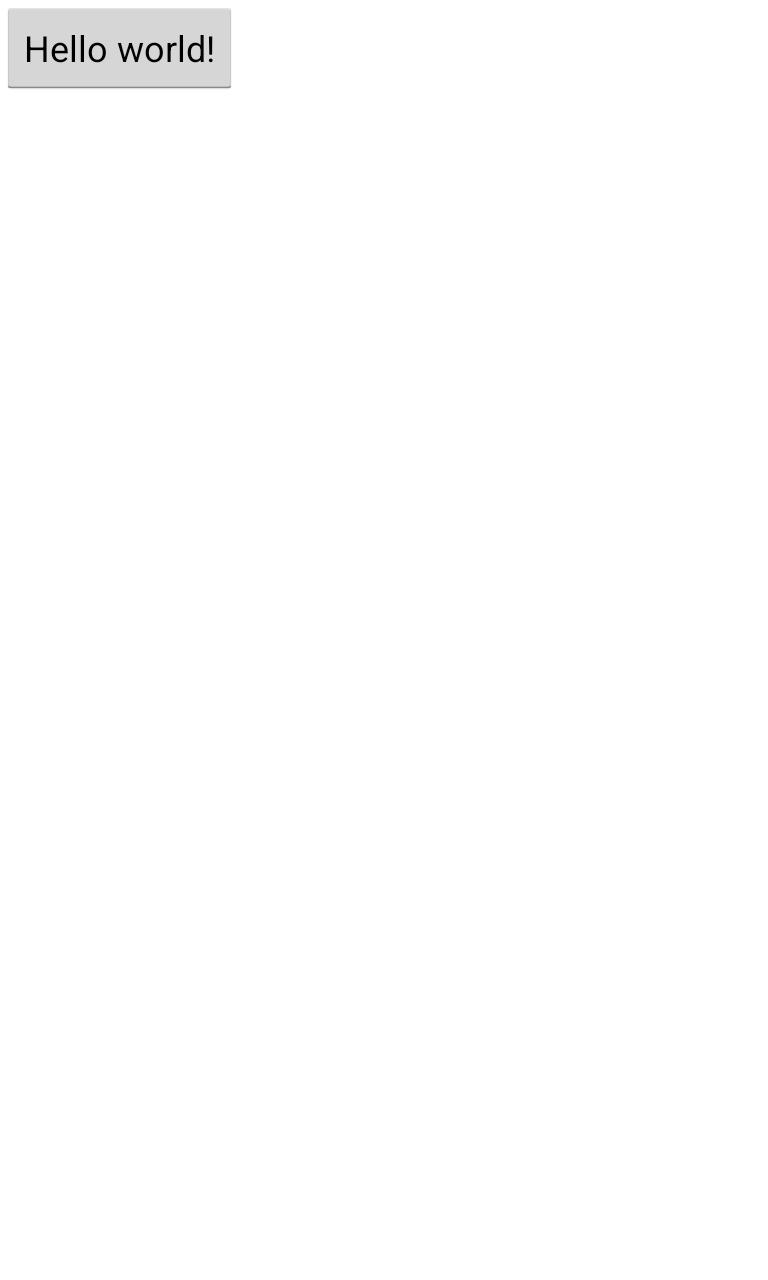
Repository: qq839924354/day01
Layout: day03/code/other/res/layout/activity_main.xml
The author's editor kept a copy of each file at every save. The layout is drawn from the files as they stood at one save, then again after the next save.
It is drawn on a 768 x 1280 px phone screen (xhdpi) without system bars, with theme AppTheme; the app's code is not run.

Above is the layout before, as saved 2013-03-03 07:19:16.

### day03/code/other/res/layout/activity_main.xml
<LinearLayout xmlns:android="http://schemas.android.com/apk/res/android"
    xmlns:tools="http://schemas.android.com/tools"
    android:layout_width="match_parent"
    android:layout_height="match_parent"
    tools:context=".MainActivity" >

    <Button
        android:layout_width="wrap_content"
        android:layout_height="wrap_content"
        android:layout_centerHorizontal="true"
        android:layout_centerVertical="true"
        android:text="@string/hello_world" />

</LinearLayout>

### day03/code/other/res/values/strings.xml
<?xml version="1.0" encoding="utf-8"?>
<resources>

    <string name="app_name">other</string>
    <string name="hello_world">Hello world!</string>
    <string name="menu_settings">Settings</string>

</resources>

Loaded but not shown: day03/code/other/res/values/styles.xml (common file); day03/code/other/res/values-v11/styles.xml (common file); day03/code/other/res/values-v14/styles.xml (common file)

After the next save:
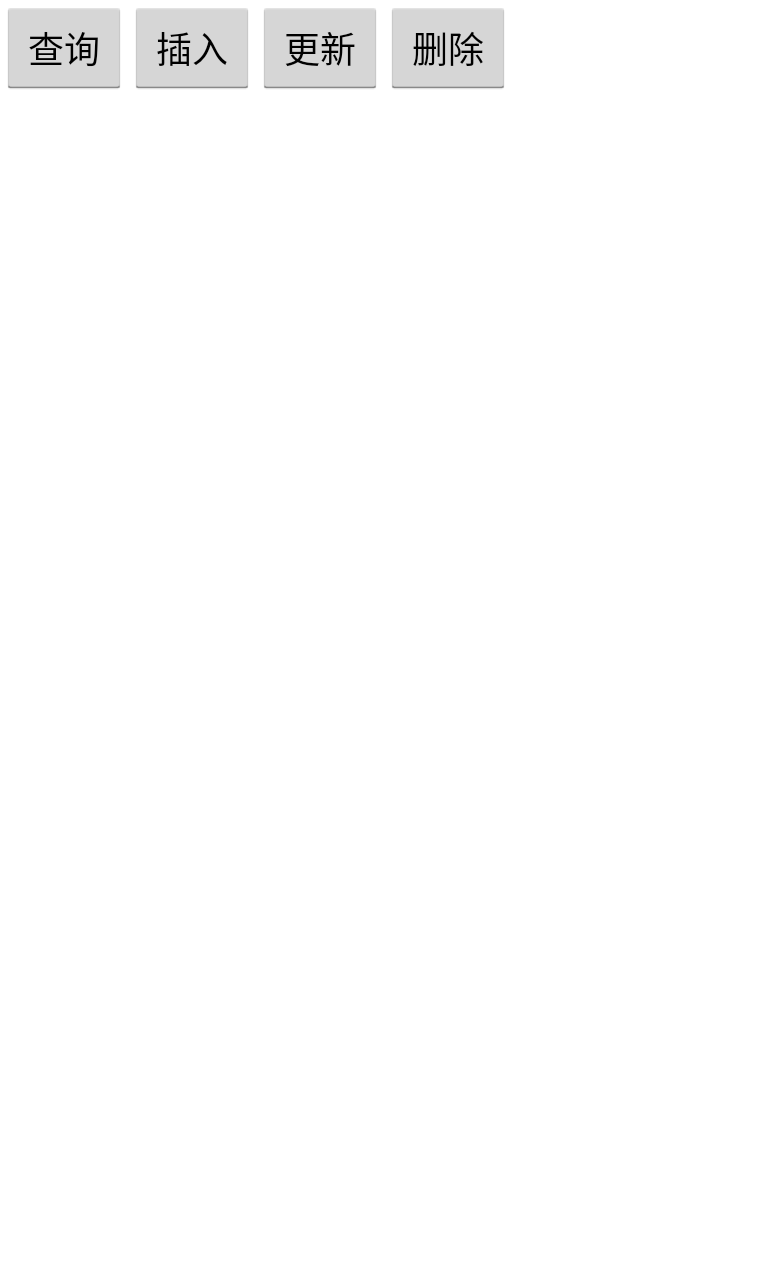
Saved 23 s later.
--- a/day03/code/other/res/layout/activity_main.xml
+++ b/day03/code/other/res/layout/activity_main.xml
@@ -7,8 +7,21 @@
     <Button
         android:layout_width="wrap_content"
         android:layout_height="wrap_content"
-        android:layout_centerHorizontal="true"
-        android:layout_centerVertical="true"
-        android:text="@string/hello_world" />
+        android:text="查询" />
+
+    <Button
+        android:layout_width="wrap_content"
+        android:layout_height="wrap_content"
+        android:text="插入" />
+
+    <Button
+        android:layout_width="wrap_content"
+        android:layout_height="wrap_content"
+        android:text="更新" />
+
+    <Button
+        android:layout_width="wrap_content"
+        android:layout_height="wrap_content"
+        android:text="删除" />
 
 </LinearLayout>
